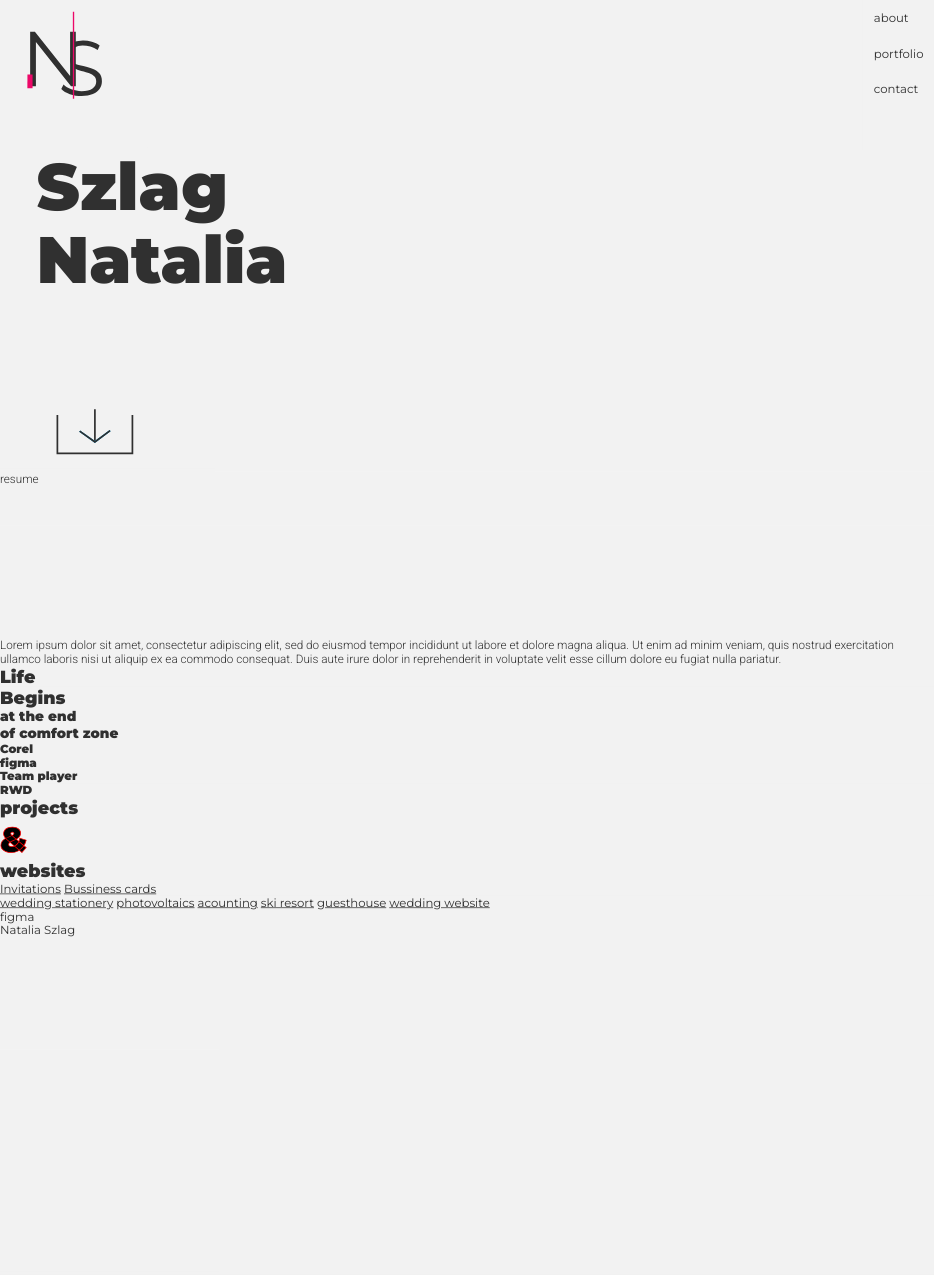
Repository: nataliaszlag/portfolio3
Page: index.html
The author's editor kept a copy of each file at every save. The page is drawn from the files as they stood at one save, then again after the next save.
The browser window is 1280 px wide. The pictures show the whole page, at 73% of full size.
The style sheet was rebuilt from its Sass, Less or Tailwind sources for each picture, by a compiler version that may differ from the author's.

Above is the page before, as saved 2020-09-26 16:56:17.

### index.html
<!DOCTYPE html>
<html lang="en">
<head>
    <meta charset="UTF-8">
    <meta name="viewport" content="width=device-width, initial-scale=1.0">
    <title>Portfolio</title>
    <link rel="stylesheet" href="/css/style.css">
    <link href="https://fonts.googleapis.com/css2?family=Montserrat:wght@300;400;600;900&family=Roboto:wght@300&display=swap" rel="stylesheet">
<body>
    <header class="hero">
        <nav>
            <logo class="logo">
                <svg width="202" height="202" viewBox="0 0 202 202" fill="none" xmlns="http://www.w3.org/2000/svg">
                    <path d="M111.707 131.661C106.15 131.661 100.822 130.771 95.7284 128.989C90.6331 127.207 86.6957 124.857 83.9163 121.934L87.0156 115.841C89.7232 118.549 93.3219 120.742 97.8117 122.416C102.302 124.091 106.933 124.927 111.707 124.927C118.407 124.927 123.43 123.699 126.779 121.239C130.128 118.781 131.805 115.592 131.805 111.673C131.805 108.68 130.895 106.292 129.078 104.511C127.26 102.729 125.035 101.357 122.397 100.396C119.76 99.4333 116.091 98.3831 111.387 97.2422C78.7372 90.0157 110.659 55.7886 98.6857 58.3337C92.9473 59.5532 105.322 55.7647 113.312 55.5543C117.586 55.4414 121.773 56.1427 125.871 57.3177C129.969 58.4945 133.513 60.116 136.506 62.1821L133.835 68.4884C130.7 66.4223 127.351 64.8726 123.786 63.8395C120.223 62.8047 116.732 62.3344 113.312 62.2882C95.5796 62.0521 91.8988 81.0702 103.104 87.2483C105.649 88.6525 109.535 89.2614 114.167 90.4023C119.654 91.7552 124.089 93.091 127.474 94.4098C130.859 95.7285 133.727 97.7228 136.079 100.396C138.431 103.068 139.607 106.684 139.607 111.245C139.607 115.022 138.591 118.46 136.561 121.561C134.529 124.66 131.411 127.118 127.207 128.936C123.003 130.753 117.837 131.661 111.707 131.661Z" fill="#303030"/>
                    <path d="M103.826 43.3881V118.212H97.3055L49.2035 57.4973V118.212H41.2945V43.3881H47.8146L96.0226 104.103V43.3881H103.826Z" fill="#303030"/>
                    <path fill-rule="evenodd" clip-rule="evenodd" d="M99.789 135.296V16.0728H101.621V135.296H99.789Z" fill="#EC0868"/>
                    <path fill-rule="evenodd" clip-rule="evenodd" d="M37.5521 120.721L37.5538 101.949L44.6315 101.956V120.726L37.5521 120.721Z" fill="#EC0868"/>
                    </svg>


            </logo>
            <ul class="navbar">
                <li class="nav-list">about</li>
                <li class="nav-list">portfolio</li>
                <li class="nav-list">contact</li>
            </ul>
        </nav>
        <h1 class="h1-name">Szlag<br>Natalia</h1>
        <div class="resume">
            <icon class="resume-icon">
                <svg width="295" height="236" viewBox="0 0 295 236" fill="none" xmlns="http://www.w3.org/2000/svg">
                    <path d="M78.6055 162.528V215.072H181.395V162.528" stroke="#303030" stroke-width="2.36" stroke-miterlimit="22.9256"/>
                    <path d="M130 154.473V199.527" stroke="#303030" stroke-width="2.36" stroke-miterlimit="22.9256"/>
                    <path d="M109.133 184.602L130 199.527L150.867 183.898" stroke="#00A0E3" stroke-width="2.36" stroke-miterlimit="22.9256"/>
                    <path d="M109.133 184.602L130 199.527L150.867 183.898" stroke="#303030" stroke-width="2.36" stroke-miterlimit="22.9256"/>
                    </svg>

            </icon>
            <p class="resume-p">resume</p>
        </div>
    </header>
    <main>
        <article class="main-page">

            <div class="arrow">
                <svg>
                </svg>
            </div>
    </article>
        <article class="about">
            <div class="about-flex">
                <p class="about-p">
                    Lorem ipsum dolor sit amet, consectetur adipiscing elit, sed do eiusmod tempor incididunt ut labore et dolore magna aliqua. Ut enim ad minim veniam, quis nostrud exercitation ullamco laboris nisi ut aliquip ex ea commodo consequat. Duis aute irure dolor in reprehenderit in voluptate velit esse cillum dolore eu fugiat nulla pariatur.
                </p>
        </div>
            <div class="about-flex">
                <h2 class="about-primary">Life</h2>
                <h2 class="about-secondary">Begins</h2>
                <h3 class="about-terciary">at the end<br>of comfort zone</h3>
        </div>
            <div class="about-flex">
                <div class="vector"></div>
        </div>
            <div class="about-flex">
                <h4 class="stat">Corel</h4>
                <div class="stat-bar">
                <div class="bar"></div>
                <div class="bar"></div>
                <div class="bar"></div>
                <div class="bar"></div>
                <div class="bar"></div>
            </div>
            <h4 class="stat">figma</h4>
                <div class="stat-bar">
                <div class="bar-1"></div>
                <div class="bar-2"></div>
                <div class="bar-3"></div>
                <div class="bar-4"></div>
                <div class="bar-5"></div>
            </div>
            <h4 class="stat">Team player</h4>
                <div class="stat-bar">
                <div class="bar-1"></div>
                <div class="bar-2"></div>
                <div class="bar-3"></div>
                <div class="bar-4"></div>
                <div class="bar-5"></div>
            </div>
            <h4 class="stat">RWD</h4>
                <div class="stat-bar">
                <div class="bar-1"></div>
                <div class="bar-2"></div>
                <div class="bar-3"></div>
                <div class="bar-4"></div>
                <div class="bar-5"></div>
            </div>
        </div>
    </article>

    <article class="portfolio">
        <h2 class="portfolio-primary">projects<br></h2>
        <h2 class="portfolio-ampersand">&</h2>
        <h2 class="portfolio-secondary">websites</h2>

        <div class="projects-flex">
            <div class="project-gallery">
                <a href="https://www.kraftdesign.pl" target="_blank" class="link">Invitations</a>
                <a href="#gallery" class="link">Bussiness cards</a>
            </div>
            <div class="project-links">
                <a href="https://www.kraftdesign.pl" target="_blank" class="link">wedding stationery</a>
                <a href="https://www.cellinstalacje.pl" class="link" target="_blank" >photovoltaics</a>
                <a href="https://www.cellsksiegowosc.pl" class="link" target="_blank">acounting</a>
                <a href="https://www.masterski.pl" class="link" target="_blank">ski resort</a>
                <a href="https://www.tylicznoclegi.pl" class="link" target="_blank">guesthouse</a>
                <a href="https://www.pobieramysie.info" class="link" target="_blank">wedding website</a>
            </div>
            <div class="project-display">
                figma
            </div>
        </div>
    </article>

    <article class="contact">
        <div class="square">
            <div class="socials">
                <div class="social-info"></div>
                <div class="social-info"></div>
            </div>
            <div class="svg-animate">Natalia Szlag</div>
        </div>

        <div class="square bg-cover">
            <div class="social-sq">
                <svg class="social-ico">insta</svg>
            </div>
            <div class="social-sq">
                <svg class="social-ico">facebook</svg>
            </div>
            <div class="social-sq">
                <svg class="social-ico">pinterest</svg>
            </div>
        </div>
    </article>
    </main>
  </body>
</html>

### scss/style.scss
// ==========================================
// variables
// ==========================================

//font-var
$font-primary: 'Montserrat', sans-serif;
$font-secondary: 'roboto', sans-serif;
$font-spacing-primary: 10%;
$font-line-primary: 25pt;

//color-var
$clr-font: #303030;
$clr-bg: #f2f2f2;
$clr-accent: #ec0868;


// ============================================
// main style
// =======================================
*,
*:hover,
*:focus{
box-sizing: border-box;
background-color: $clr-bg;
color: $clr-font;
}

*{
    margin: 0;
    padding: 0;
    font-family: $font-primary;
}


.portfolio-ampersand{
    font-size: 48px;
    color: black;
    -webkit-text-stroke: 1px red;
}

header{
    height: 100vh;

}


.h1-name{
    padding-left: 50px;
    font-weight: 900;
    font-size: 90px;
    line-height: 100px;
}

nav{
    display: flex;
    justify-content: space-between;
    ul{
        display: block;
        list-style-type: none;
        li{
            overflow: hidden;
            padding: 15px;
        }
    }


}

p{
    font-family: $font-secondary;
}

After the next save:
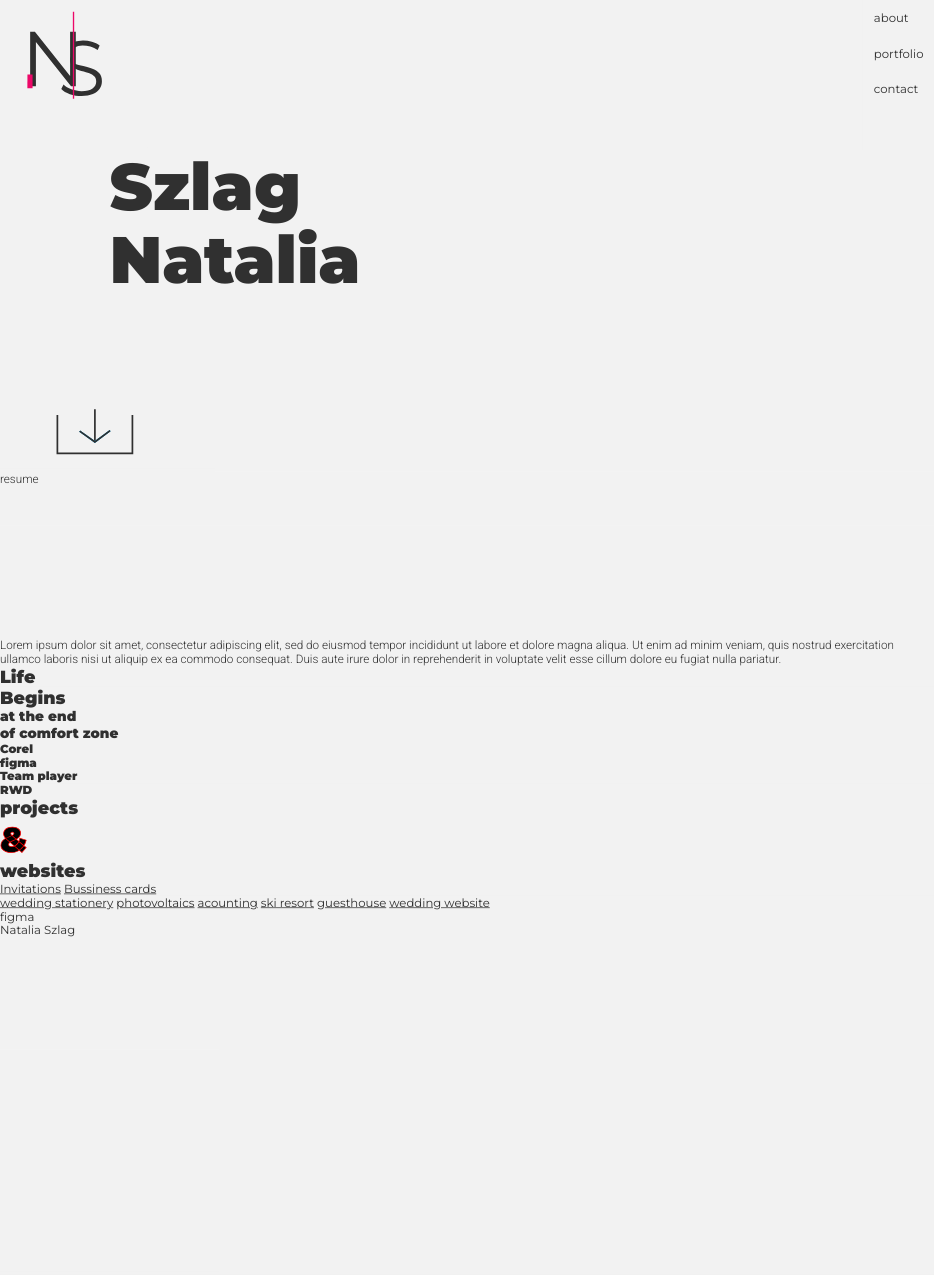
Saved 11 s later.
--- a/scss/style.scss
+++ b/scss/style.scss
@@ -45,7 +45,7 @@
 
 
 .h1-name{
-    padding-left: 50px;
+    padding-left: 150px;
     font-weight: 900;
     font-size: 90px;
     line-height: 100px;
